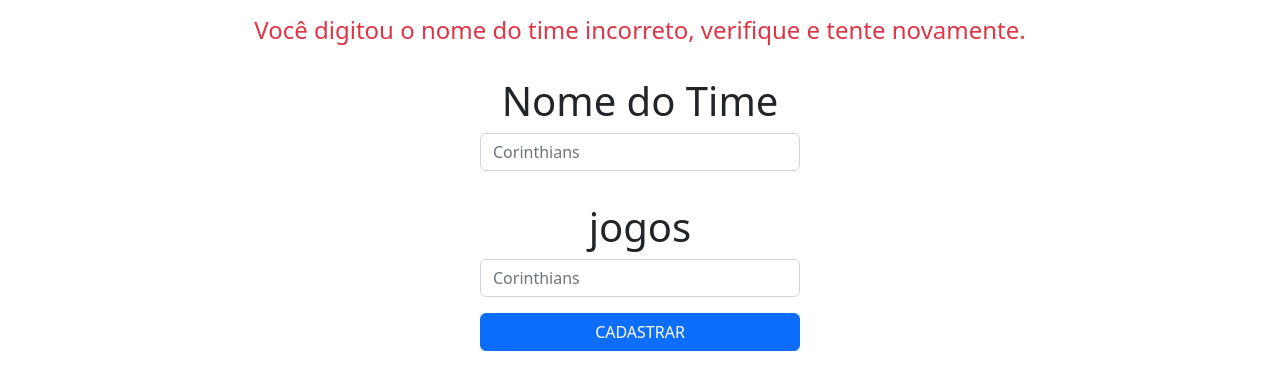
Repository: ricardodamaceno/Coeficiente-de-Variacao-de-Gols
Page: http://localhost/add-erro
These files come from the project's save history. The page is drawn as it stood at one moment and after the next save; the edit follows.
The browser window is 1280 px wide. The pictures show the whole page.
The page is this project's Thymeleaf template; nobody is signed in. The template is opened directly, without the code that normally fills it, so the values that code supplies are empty.

Above is the page before, as saved 2022-09-17 16:50:49.

### aposta-tozo/src/main/resources/templates/add-erro.html
<!DOCTYPE html>
<html xmlns:th="http://www.thymeleaf.org">
<head>
<meta name="viewport"
	content="width = device-width, initial-scale = 1, shrink-to-fit = no">
<!-- CSS only -->
<link
	href="https://cdn.jsdelivr.net/npm/bootstrap@5.2.1/dist/css/bootstrap.min.css"
	rel="stylesheet"
	integrity="sha384-iYQeCzEYFbKjA/T2uDLTpkwGzCiq6soy8tYaI1GyVh/UjpbCx/TYkiZhlZB6+fzT"
	crossorigin="anonymous">
<title>Apostas Esportivas</title>
</head>

<body>
<h4 class="mb-3 mt-3 text-center text-danger">Você digitou o nome do time incorreto, verifique e tente novamente.</h4>
<div class="col-md-3 rounded mx-auto d-block">
	<form method="post" action="/add">
		<div class="mb-3 text-center">
			<label for="exampleInputEmail1" class="form-label mt-3 h1">Nome do Time</label>
			<input type="text" placeholder="Corinthians" class="form-control" name="nomeTime">
		</div>
		<div class="mb-3 text-center">
			<label for="exampleInputEmail1" class="form-label mt-3 h1">jogos</label>
			<input type="text" placeholder="Corinthians" class="form-control" name="jogosAnalisados">
		</div>
		<button type="submit" class="btn btn-primary rounded mx-auto d-block col-md-12">CADASTRAR</button>
	</form>
</div>
</body>
</html>

After the next save:
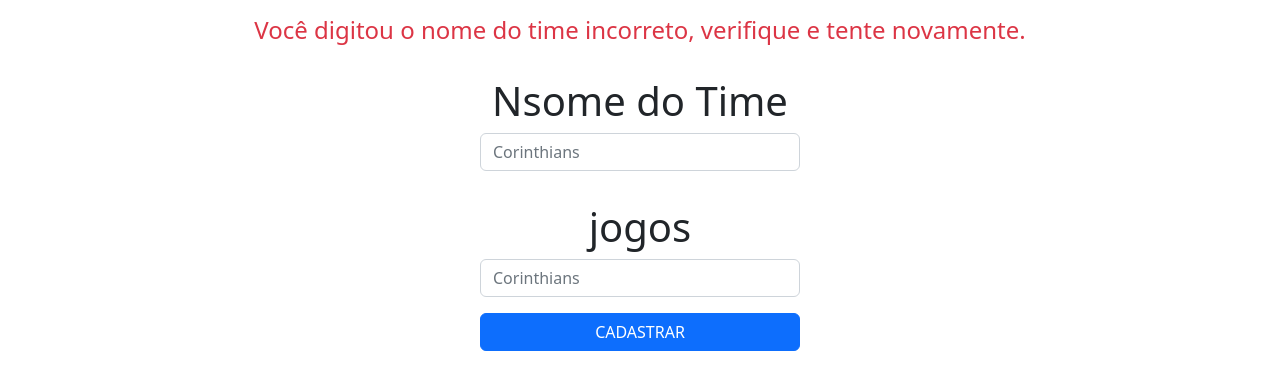
Saved 66 s later.
--- a/aposta-tozo/src/main/resources/templates/add-erro.html
+++ b/aposta-tozo/src/main/resources/templates/add-erro.html
@@ -17,7 +17,7 @@
 <div class="col-md-3 rounded mx-auto d-block">
 	<form method="post" action="/add">
 		<div class="mb-3 text-center">
-			<label for="exampleInputEmail1" class="form-label mt-3 h1">Nome do Time</label>
+			<label for="exampleInputEmail1" class="form-label mt-3 h1">Nsome do Time</label>
 			<input type="text" placeholder="Corinthians" class="form-control" name="nomeTime">
 		</div>
 		<div class="mb-3 text-center">

After the save that followed:
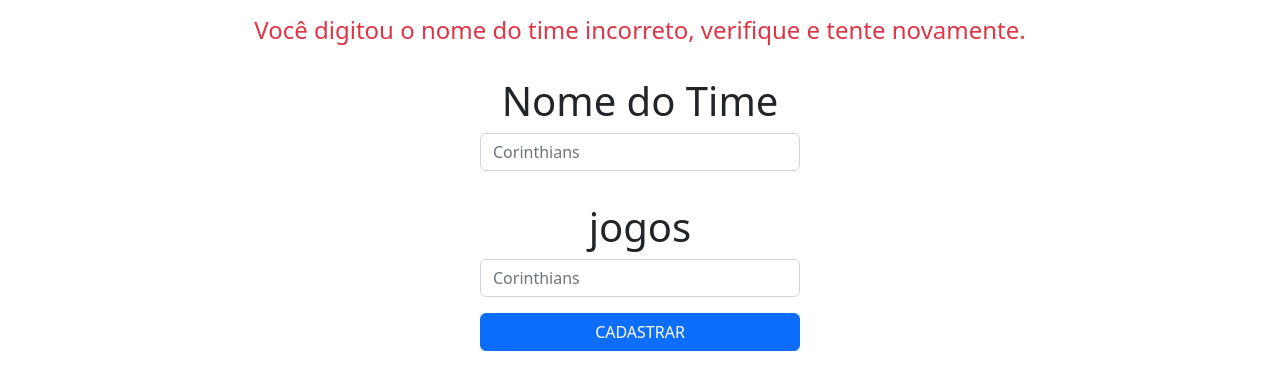
Saved 6 s later.
--- a/aposta-tozo/src/main/resources/templates/add-erro.html
+++ b/aposta-tozo/src/main/resources/templates/add-erro.html
@@ -17,7 +17,7 @@
 <div class="col-md-3 rounded mx-auto d-block">
 	<form method="post" action="/add">
 		<div class="mb-3 text-center">
-			<label for="exampleInputEmail1" class="form-label mt-3 h1">Nsome do Time</label>
+			<label for="exampleInputEmail1" class="form-label mt-3 h1">Nome do Time</label>
 			<input type="text" placeholder="Corinthians" class="form-control" name="nomeTime">
 		</div>
 		<div class="mb-3 text-center">
